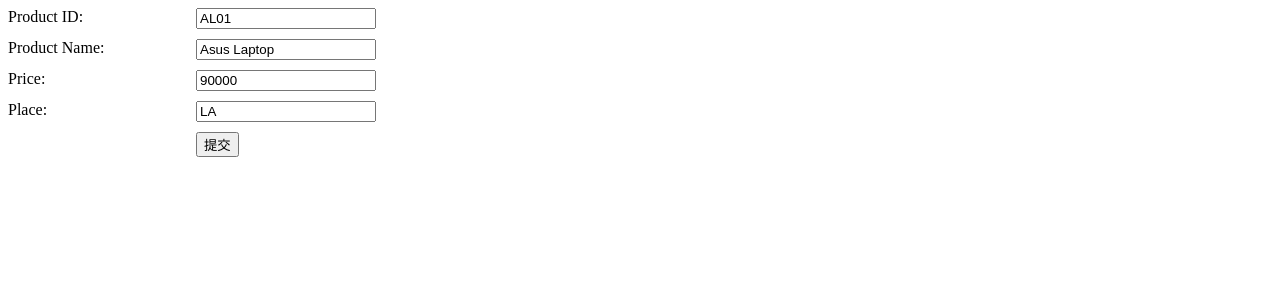
Repository: chofong1999/workspace202607
Page: mvweb0716/src/main/webapp/product.html
The author's editor kept a copy of each file at every save. The page is drawn from the files as they stood at one save, then again after the next save.
The browser window is 1280 px wide. The pictures show the whole page.

Above is the page before, as saved 2026-07-16 03:19:33.

### mvweb0716/src/main/webapp/product.html
<!DOCTYPE html>
<html>
<head>
<meta charset="UTF-8">
<title>Product Form</title>

<style>
.product-form {
    display: grid;
    grid-template-columns: 180px 180px;
    gap: 10px 8px;
}
.product-form button {
    grid-column: 2;
    justify-self: start;
}
</style>
</head>

<body>

<form action="product.jsp" method="post" class="product-form">
    Product ID:<input type="text" name="product_id" value="AL01">
    Product Name:<input type="text" name="product_name" value="Asus Laptop">
    Price:<input type="text" name="price" value="90000">
    Place:<input type="text" name="place" value="LA">
    <button>提交</button>
</form>

</body>
</html>

After the next save:
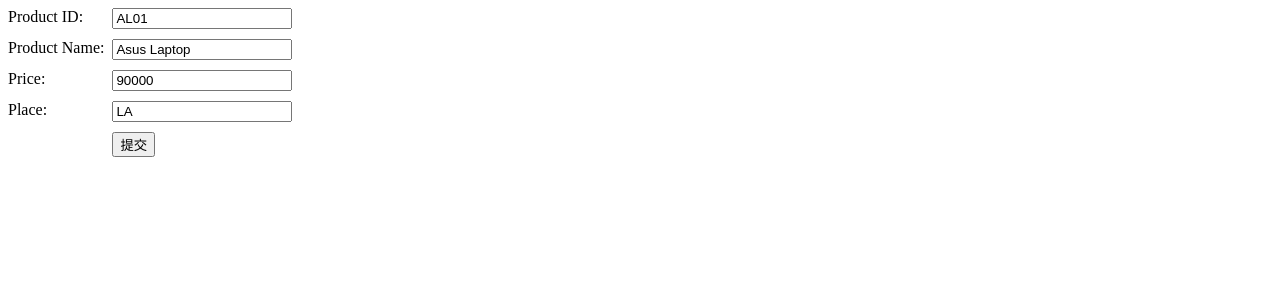
Saved 12 s later.
--- a/mvweb0716/src/main/webapp/product.html
+++ b/mvweb0716/src/main/webapp/product.html
@@ -7,7 +7,7 @@
 <style>
 .product-form {
     display: grid;
-    grid-template-columns: 180px 180px;
+    grid-template-columns: max-content 180px;
     gap: 10px 8px;
 }
 .product-form button {
